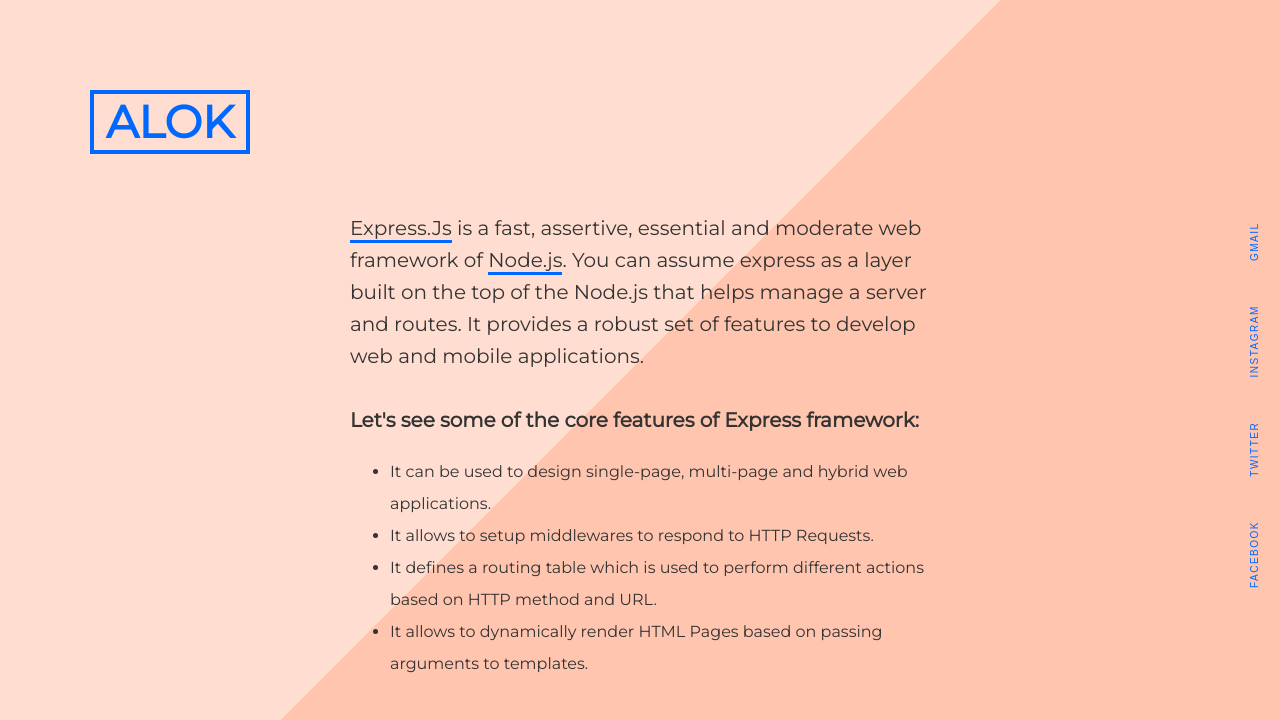
Repository: AalokJadhav/Being_Express.Js
Page: public/Hello_World_Page/index.html
The author's editor kept a copy of each file at every save. The page is drawn from the files as they stood at one save, then again after the next save.
The browser window is 1280 px wide. The pictures show the whole page.
An inner scrolling area shows only its first screen. Some web fonts or font styles are not loaded; a fallback is used.

Above is the page before, as saved 2020-11-10 03:00:21.

After the next save:
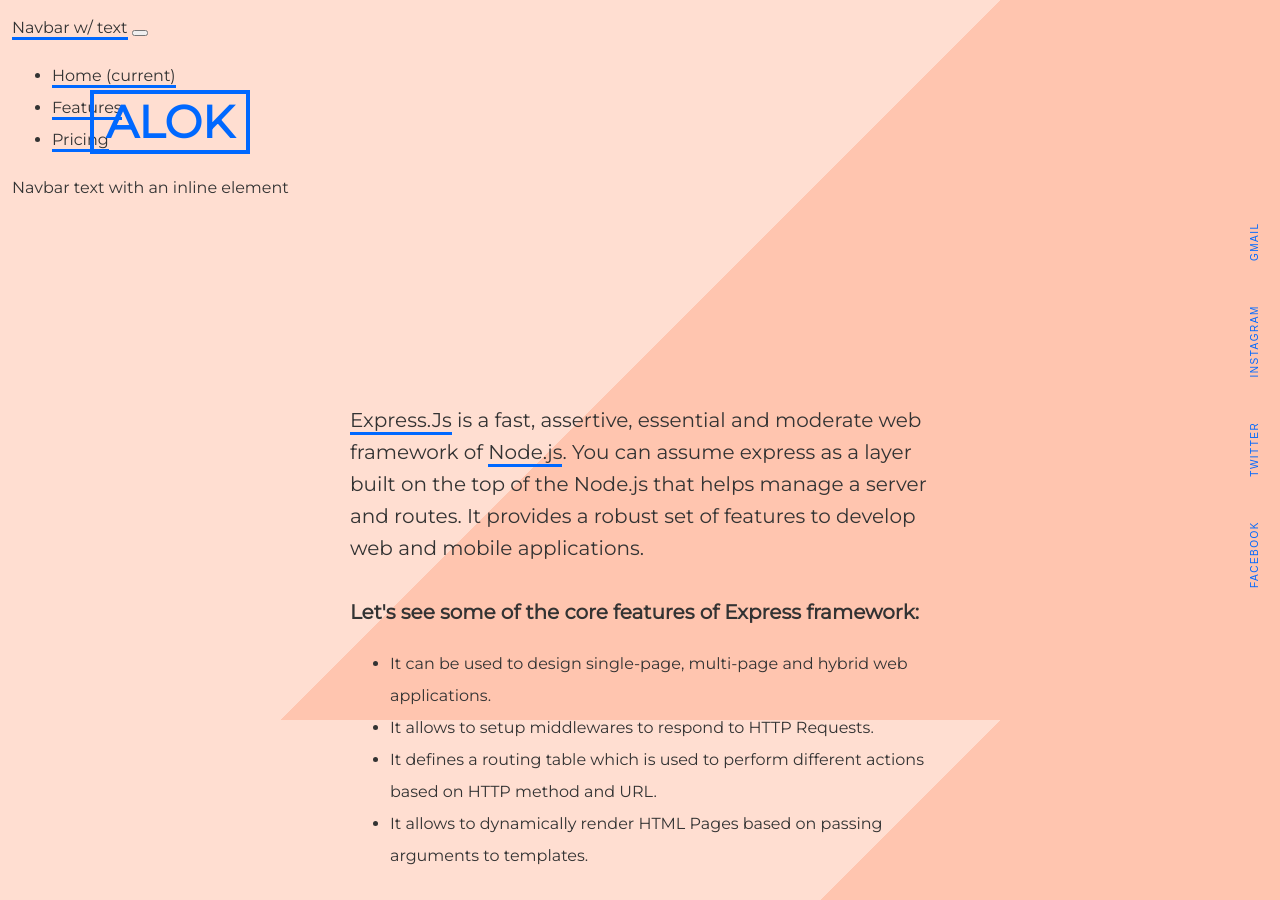
Saved 65 s later.
--- a/public/Hello_World_Page/index.html
+++ b/public/Hello_World_Page/index.html
@@ -11,16 +11,27 @@
 </head>
 
 <body>
-  <nav class="navbar navbar-dark bg-dark">
-    <!-- Navbar content -->
-  </nav>
-
-  <nav class="navbar navbar-dark bg-primary">
-    <!-- Navbar content -->
-  </nav>
-
-  <nav class="navbar navbar-light" style="background-color: #e3f2fd;">
-    <!-- Navbar content -->
+  <nav class="navbar navbar-expand-lg navbar-light bg-light">
+    <a class="navbar-brand" href="#">Navbar w/ text</a>
+    <button class="navbar-toggler" type="button" data-toggle="collapse" data-target="#navbarText" aria-controls="navbarText" aria-expanded="false" aria-label="Toggle navigation">
+      <span class="navbar-toggler-icon"></span>
+    </button>
+    <div class="collapse navbar-collapse" id="navbarText">
+      <ul class="navbar-nav mr-auto">
+        <li class="nav-item active">
+          <a class="nav-link" href="#">Home <span class="sr-only">(current)</span></a>
+        </li>
+        <li class="nav-item">
+          <a class="nav-link" href="#">Features</a>
+        </li>
+        <li class="nav-item">
+          <a class="nav-link" href="#">Pricing</a>
+        </li>
+      </ul>
+      <span class="navbar-text">
+        Navbar text with an inline element
+      </span>
+    </div>
   </nav>
   <div class="wrapper">
     <div class="container">
